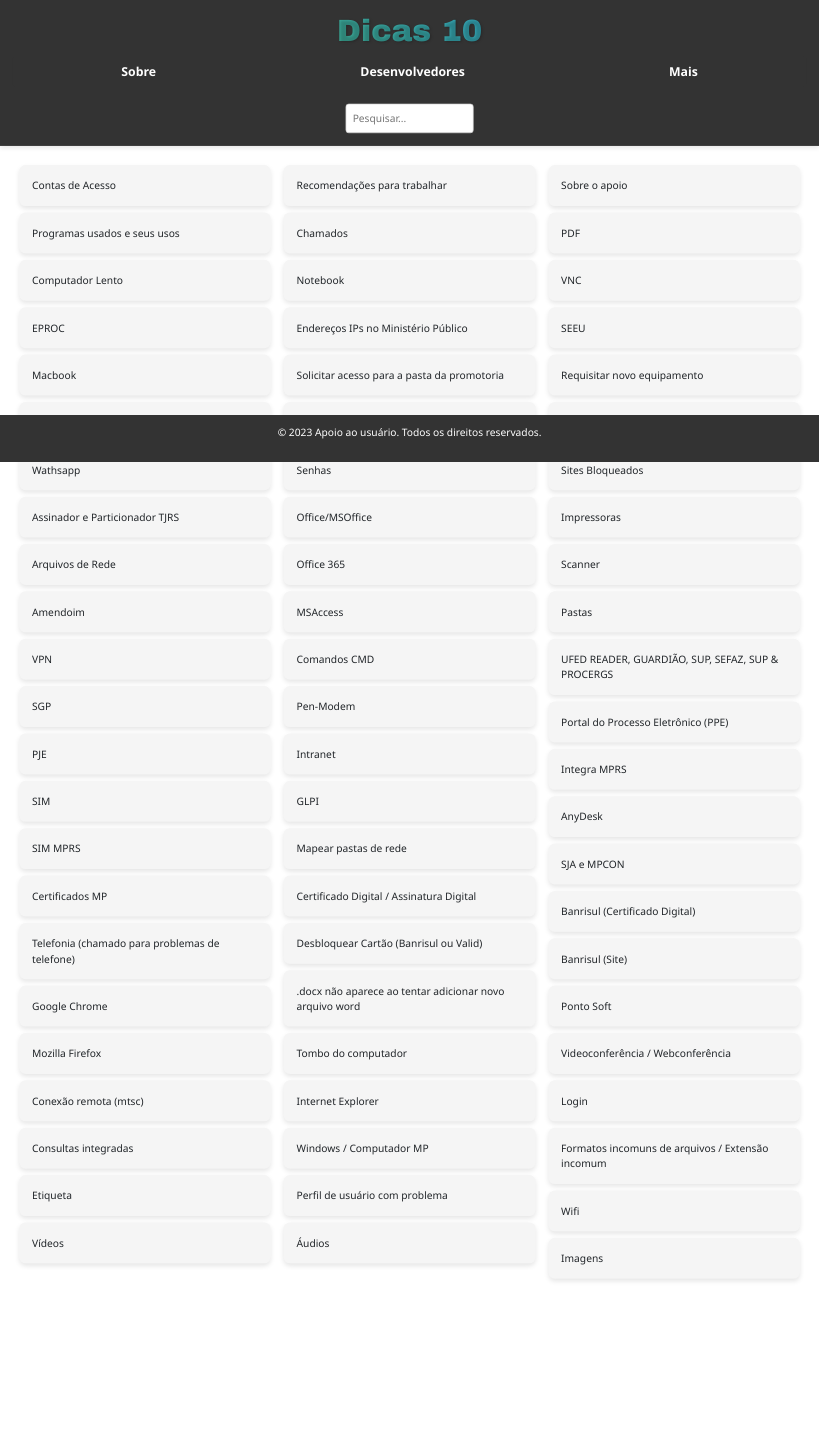
Repository: I4guito/dicasdez
Page: Dicas site/index.html
The author's editor kept a copy of each file at every save. The page is drawn from the files as they stood at one save, then again after the next save.
The browser window is 1280 px wide. The pictures show the whole page, at 64% of full size.

Above is the page before, as saved 2023-12-11 12:14:56.

After the next save:
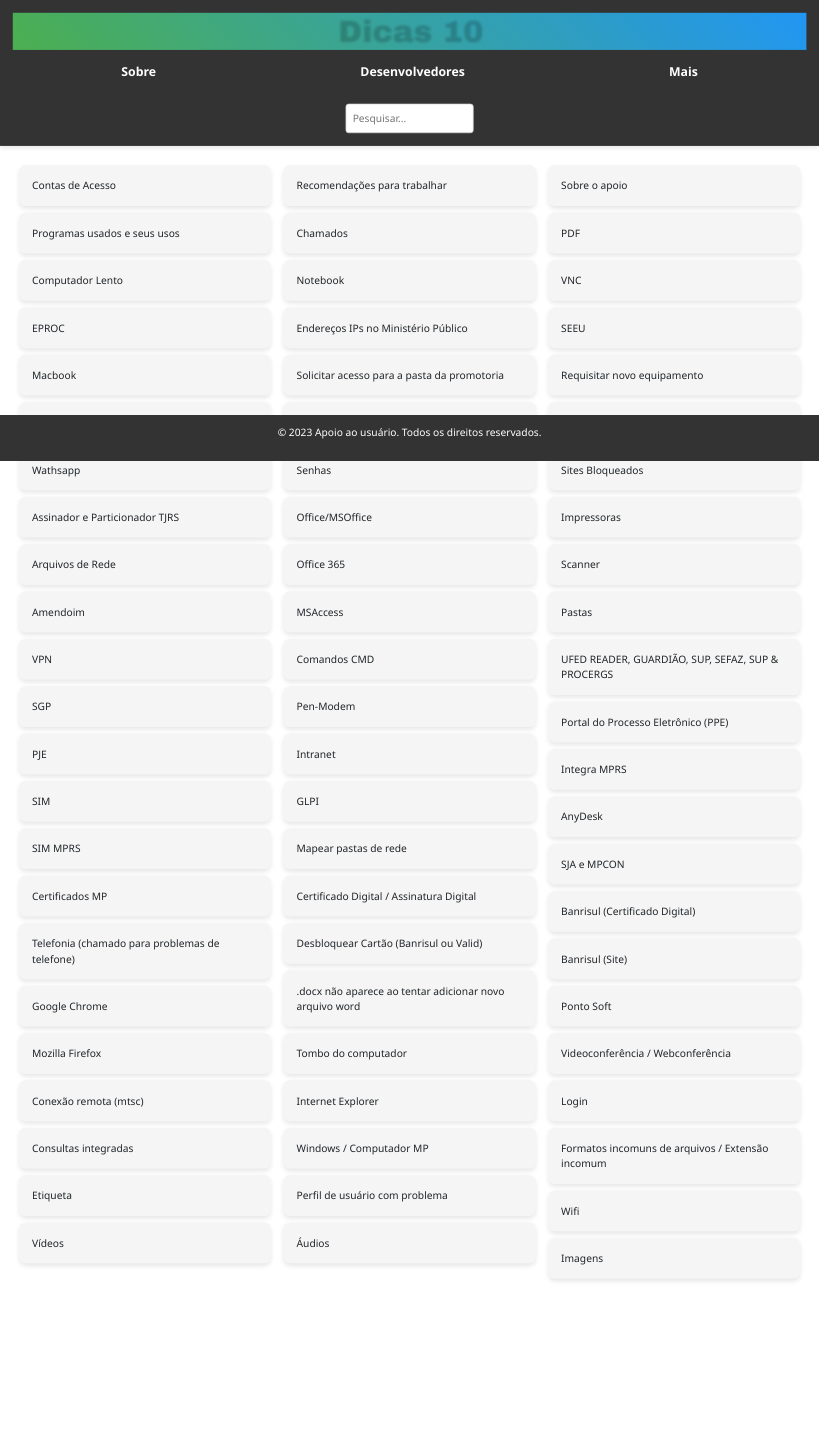
Saved 7 s later.
--- a/Dicas site/styles.css
+++ b/Dicas site/styles.css
@@ -19,7 +19,7 @@ header h1{
     color: #ffd700; /* Cor amarela */
     text-shadow: 2px 2px 4px rgba(0, 0, 0, 0.2);
     background: linear-gradient(45deg, #4CAF50, #2196F3);
-    -webkit-background-clip: text;
+
     color: transparent;
     font-family: 'Arial Black', sans-serif;
 }
